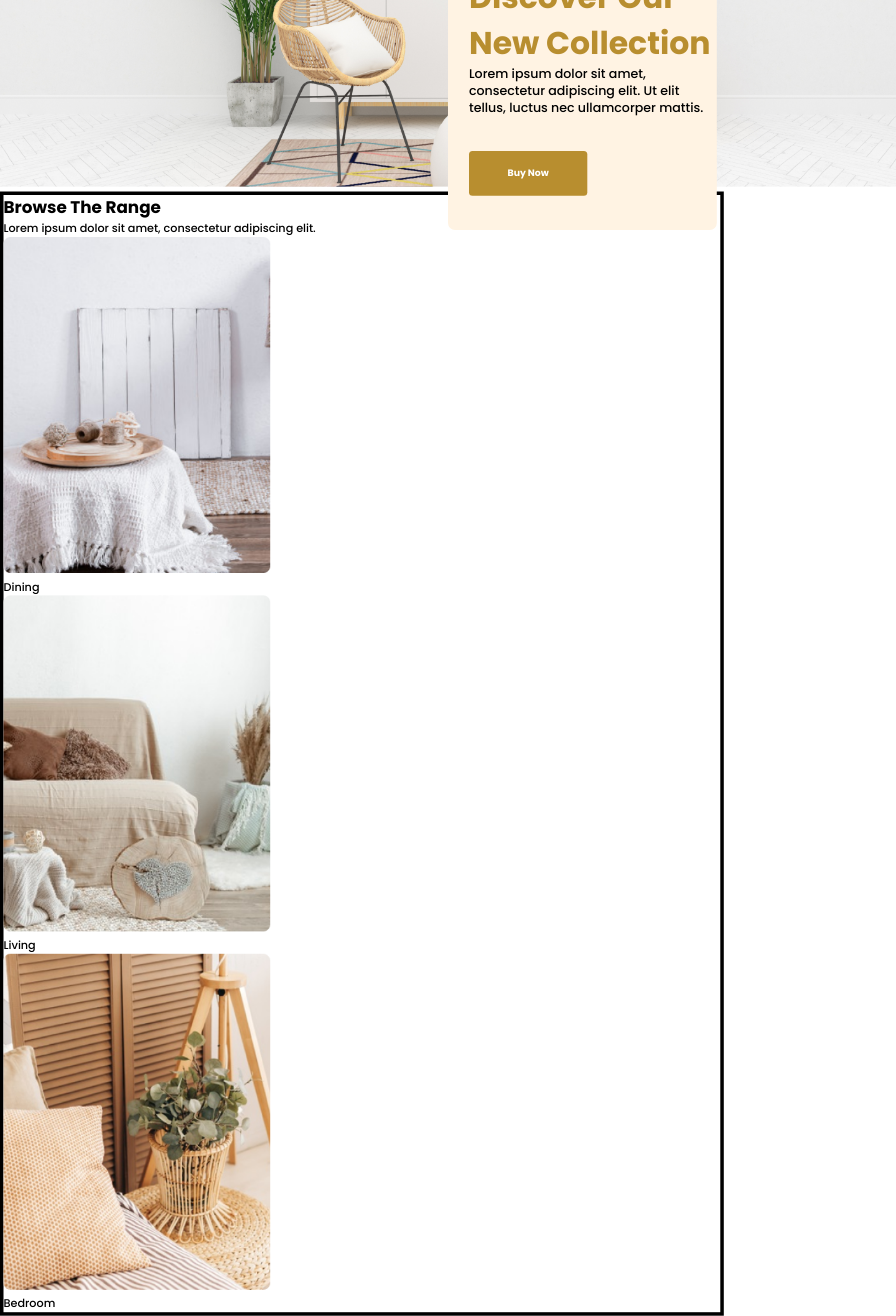
Repository: DT2301/project
Page: index.html
These files come from the project's save history. The page is drawn as it stood at one moment and after the next save; the edit follows.
The browser window is 1280 px wide. The pictures show the part of the page from y = 471 to 2391 px (the page is 2351 px tall before and 2391 px after), at 70% of full size.
A picture or video elsewhere on the page could not be fetched, so the positions and the page height are approximate.

Above is the page before, as saved 2024-01-07 10:27:58.

### index.html
<!DOCTYPE html>
<html lang="en">

<head>
    <meta charset="UTF-8">
    <meta name="viewport" content="width=device-width, initial-scale=1.0">
    <title>Document</title>
    <link rel="preconnect" href="https://fonts.googleapis.com">
    <link rel="preconnect" href="https://fonts.gstatic.com" crossorigin>
    <link href="https://fonts.googleapis.com/css2?family=Poppins:ital,wght@0,500;0,600;0,700;1,600;1,700&display=swap"
        rel="stylesheet">
    <link rel="stylesheet" href="style.css">
</head>

<body>
    <header>
        <div class="sidebar">
            <div class="logo">
                <a href=""> <img srcset="./image/logox2.png 2x" alt=""></a>
            </div>
            <ul class="sidebar__menu--center">
                <li class="menu menu--home">
                    <a href="">Home</a>
                </li>
                <li class="menu menu--shop">
                    <a href="">Shop</a>
                </li>
                <li class="menu menu--about">
                    <a href="">About</a>
                </li>
                <li class="menu menu--contact">
                    <a href="">Contact</a>
                </li>
            </ul>
            <ul class="sidebar__menu--icon">
                <li class="menu menu--user">
                    <a href="">
                        <span>
                            <ion-icon name="person-outline"></ion-icon>
                        </span>
                    </a>
                </li>
                <li class="menu menu--search">
                    <a href="">
                        <span>
                            <ion-icon name="search-outline"></ion-icon>
                        </span>
                    </a>
                </li>
                <li class="menu menu--heart">
                    <a href="">
                        <span>
                            <ion-icon name="heart-outline"></ion-icon>
                        </span>
                    </a>
                </li>
                <li class="menu menu--cart">
                    <a href="">
                        <span>
                            <ion-icon name="cart-outline"></ion-icon>
                        </span>
                    </a>
                </li>
            </ul>
        </div>
        <div class="wrapper">
            <div class="background">
                <img class="wrapper__background" srcset="./image/background.png " alt="">
            </div>
            <div class="infor">
                <span>
                    New Arrial
                </span>
                <h2>
                    Discover Our <br>
                    New Collection
                </h2>
                <p>
                    Lorem ipsum dolor sit amet, consectetur adipiscing elit. Ut elit tellus, luctus nec ullamcorper
                    mattis.
                </p>
                <button type="button" class="wrapper__btn"> Buy Now </button>
            </div>
        </div>
    </header>

    <main>
        <div class="Browse">
            <h2>Browse The Range</h2>
            <p>Lorem ipsum dolor sit amet, consectetur adipiscing elit.</p>
            <div class="Browse__img">
                <div class="img img1">
                    <img src="./image/Dining.png" alt="">
                    <p>Dining</p>
                    </img>
                </div>
                <div class="img img2">
                    <img src="./image/living.png" alt="">
                    <p>Living</p>
                    </img>
                </div>
                <div class="img img3">
                    <img src="./image/bedroom.png" alt="">
                    <p>Bedroom</p>
                    </img>
                </div>
            </div>
        </div>
    </main>

    <script type="module" src="https://unpkg.com/ionicons@7.1.0/dist/ionicons/ionicons.esm.js"></script>
    <script nomodule src="https://unpkg.com/ionicons@7.1.0/dist/ionicons/ionicons.js"></script>
</body>

</html>

### style.css
* {
  padding: 0;
  margin: 0;
  font-family: "Poppins", sans-serif;
  color: black;
}

a,
ul {
  list-style: none;
  text-decoration: none;
}

.sidebar {
  display: flex;
  flex-direction: row;
  justify-content: center;
  align-items: center;
  background-color: white;
  width: 100%;
  height: 100px;
}

.logo {
  position: absolute;
  left: 50px;
}

.sidebar__menu--center {
  width: 30%;
  display: flex;
  justify-content: space-between;
  font-size: 16px;
  font-weight: 500;
  line-height: 24px;
}

.sidebar__menu--icon{
  display: flex;
  width: 15%;
  position: absolute;
  justify-content: space-between;
  right: 70px;
  font-size: 25px;
}


.wrapper__background{
    width: 100%;
    height: 100%;
    object-fit: cover;
}

.infor{
    box-sizing: border-box;
    background-color: #FFF3E3;
    width: 30%;
    height: 440px;
    border-radius: 10px;
    position: absolute;
    right: 20%;
    top: 50%;
    padding-left: 30px;
    padding-top: 50px;
    padding-bottom: 50px;
}

.infor span{
    line-height: 24px;
    font-weight: 600;
    letter-spacing: 3px;
    color: #333333 ;
    margin-bottom: 30px;
}

.infor h2{
    font-size: 45px;
    line-height: 65px;
    font-weight: 700;
    color: #B88E2F;
}

.infor p{
    font-size: 18px;
    line-height: 24px;
    margin-bottom: 50px;
}

.wrapper__btn{
    background-color: #B88E2F;
    color: #ffffff;
    Padding :20px 55px;
    font-weight: 700;
    line-height: 24px;
    border: none;
    border-radius: 5px;
}

/* main */

.Browse{
    width: 80%;
    border: 5px solid black;
}

After the next save:
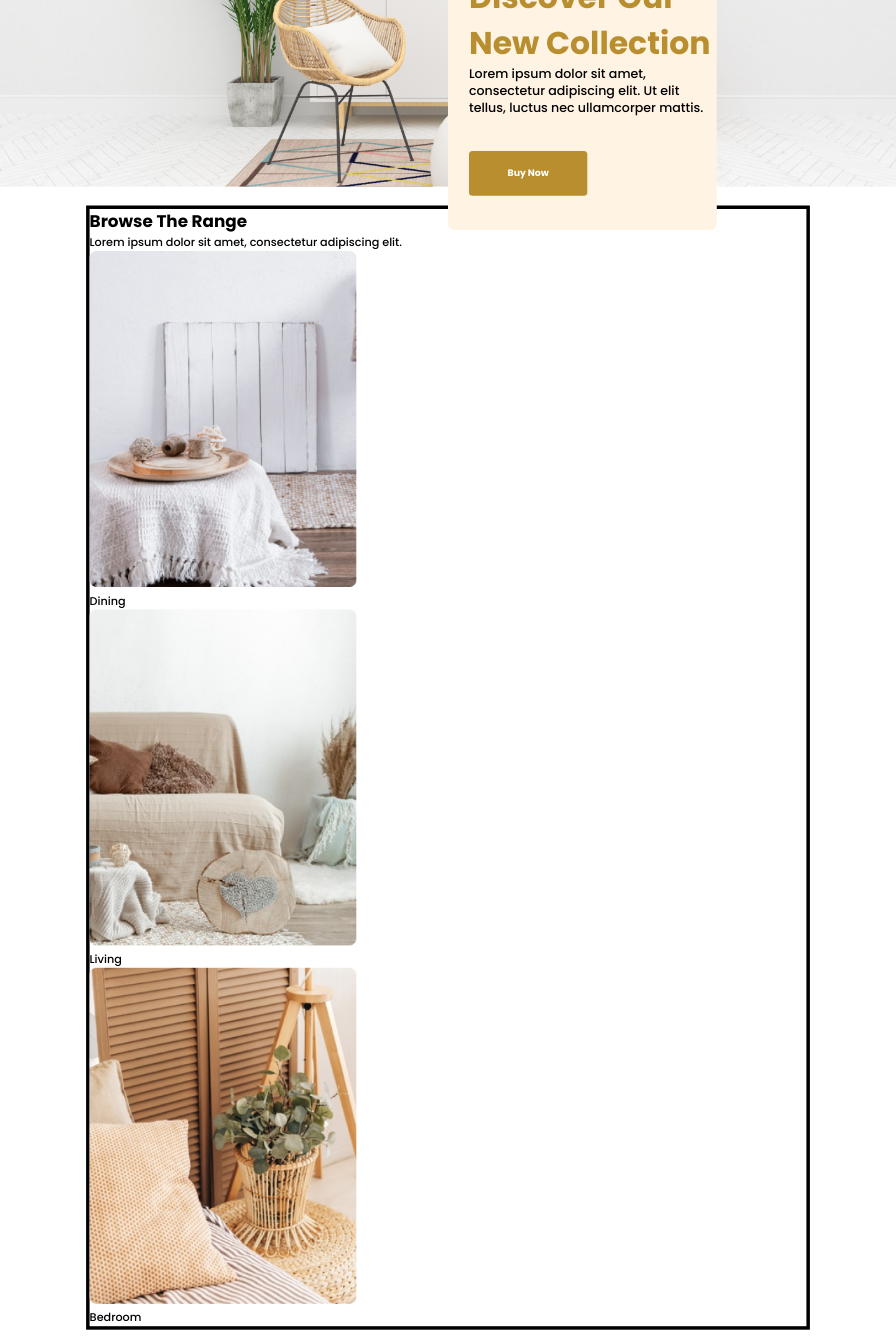
Saved 29 s later.
--- a/style.css
+++ b/style.css
@@ -101,4 +101,5 @@ ul {
 .Browse{
     width: 80%;
     border: 5px solid black;
+    margin: 20px auto;
 }
